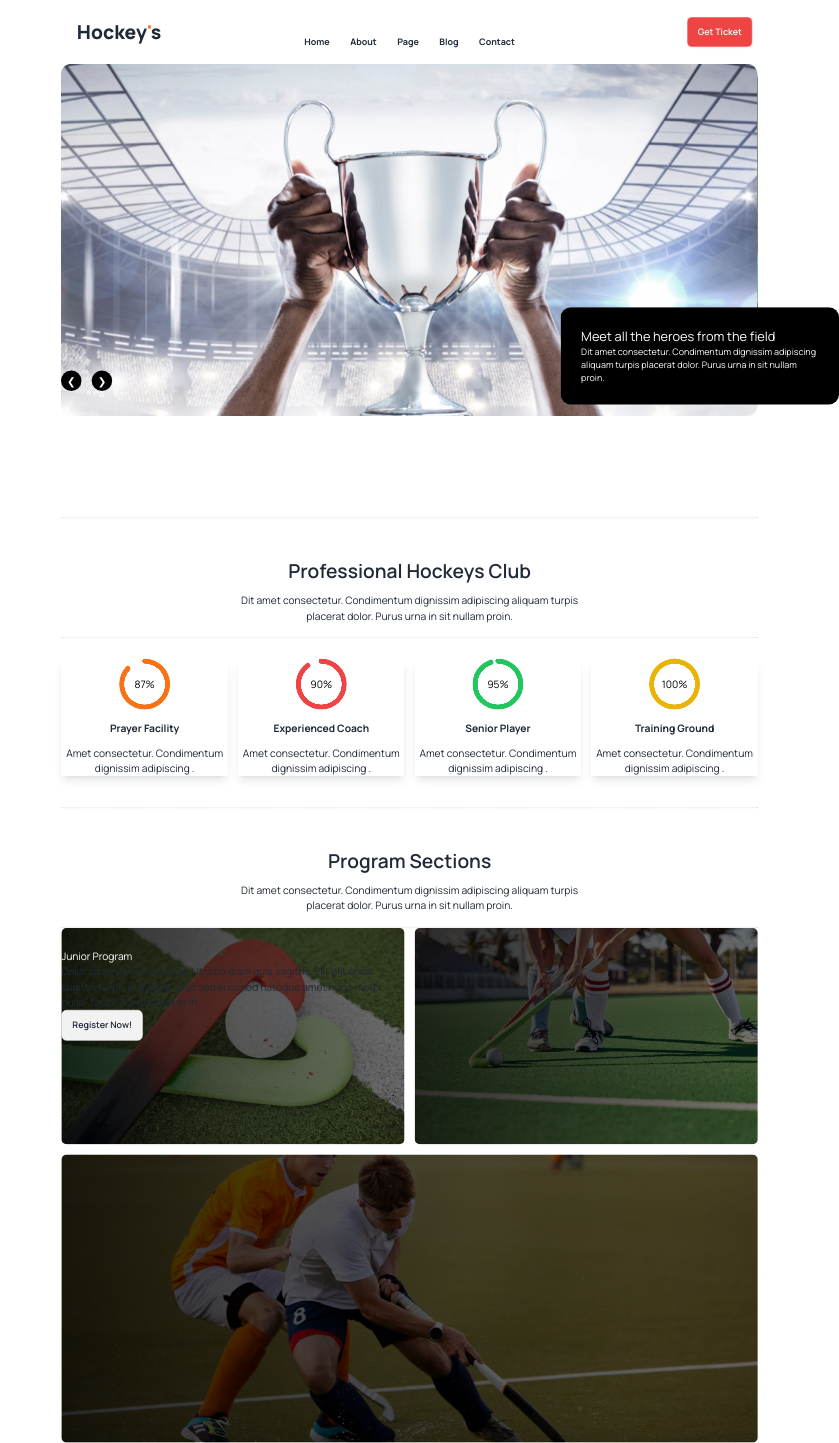
Repository: RudrasahaDibos/Hockey-
Page: index.html
The author's editor kept a copy of each file at every save. The page is drawn from the files as they stood at one save, then again after the next save.
The browser window is 1280 px wide. The page is 1311 px wide, so the pictures cover 1311 px, including what lies to the right of the window. The pictures show the whole page, at 64% of full size.
Some web libraries are served in a nearby version.

Above is the page before, as saved 2024-10-23 22:35:07.

After the next save:
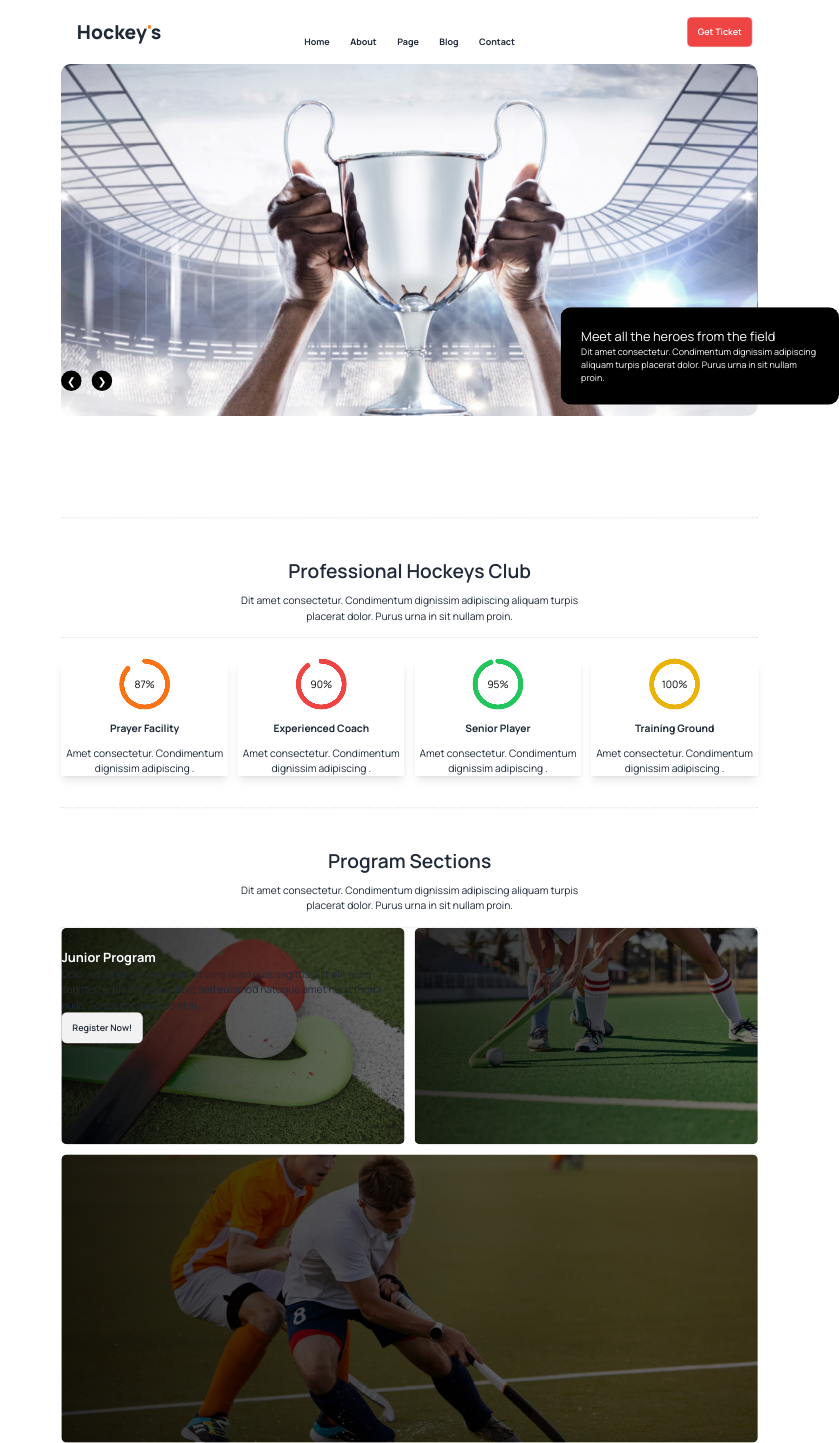
Saved 6 s later.
--- a/index.html
+++ b/index.html
@@ -212,7 +212,7 @@
                                   <div class=" relative bg-no-repeat rounded-lg  bg-center bg-cover  w-full bg-[linear-gradient(90deg,rgb(0,0,0,0.8),rgb(0,0,0,0.5)),url(./images/2.png)] h-[338px]">
 
                                    <div class="pt-8">
-                                    <h2 class="text-white text-">Junior Program</h2>
+                                    <h2 class="text-white text-xl font-bold">Junior Program</h2>
                                     <p>Dolor sit amet consectetur. Ut urna diam quis sagittis. Elit elit
                                       enim sagittis turpis in magna. Id et sed euismod natoque amet nunc morbi nulla. Tortor congue sed et in.</p>
                                      <button class="btn ">Register Now!</button>
